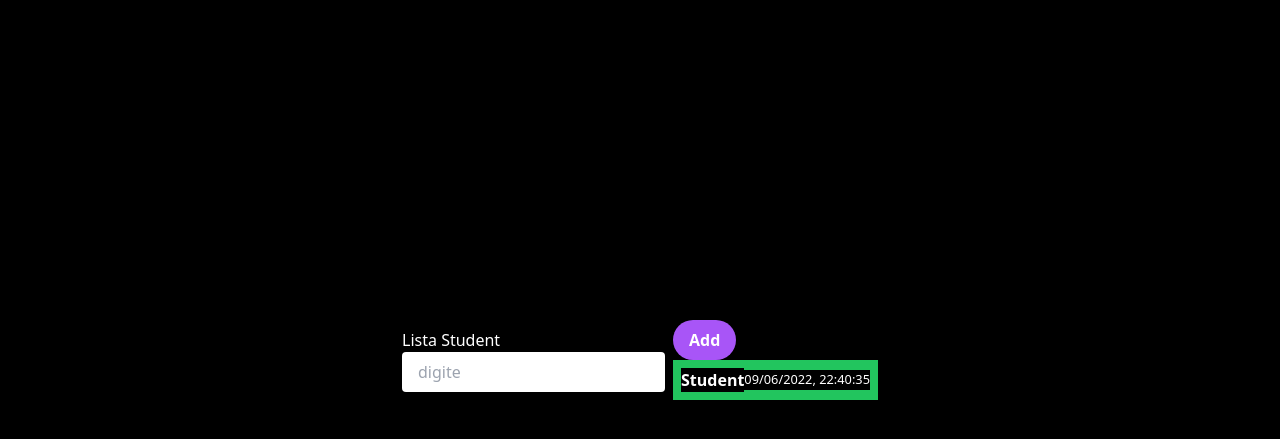
Repository: LuisSempre/FundamentosReact
Page: /, after clicking the first element matching `button.px-4`
These files come from the project's save history. The page is drawn as it stood at one moment and after the next save; the edit follows.
The browser window is 1280 px wide. The pictures show the whole page.
The project was rebuilt for these pictures with package versions that can differ from the ones it lists, and the page was loaded fresh each time. Also part of the build but not shown: vite.config.js.

Above is the page before, as saved 2022-06-28 18:21:49.

### src/main.jsx
import React from 'react'
import ReactDOM from 'react-dom/client'
import { Home } from './pages/Home'
import './index.css'

ReactDOM.createRoot(document.getElementById('root')).render(
  <React.StrictMode>
    <Home />
  </React.StrictMode>
)

### src/pages/Home.jsx
import { useState } from "react";
import { Card } from "../components/Card";

export function Home() {
  const [student, setStudent] = useState("Student");
  const [students, setStudents] = useState([]);

  function studentAdd() {
    const newStudent = {
      name: student,
      time: new Date().toLocaleDateString("pt-br", {
        hour: "2-digit",
        minute: "2-digit",
        second: "2-digit",
      }),
    };
    setStudents((prevState) => [...prevState, newStudent]);
  }
  return (
    <div className="flex items-center justify-center min-h-screen space-x-2">
      <div>
        <h1>Lista {student} </h1>

        <input
          onChange={(e) => setStudent(e.target.value)}
          className="px-4 py-2 text-black bg-white rounded"
          type="text"
          placeholder="digite"
        />
      </div>
      <div>
        <button
        className="px-4 py-2 font-bold bg-purple-500 rounded-full"
        onClick={studentAdd}>Add</button>
        {students.map((student) => (
          <Card name={student.name} time={student.time} />
        ))}
      </div>
    </div>
  );
}

### src/index.css
@tailwind base;
@tailwind components;
@tailwind utilities;

* {
    @apply bg-black text-white;
}

### src/components/Card.jsx
export function Card(props) {
  return (
    <div className="flex items-center justify-between px-2 py-2 bg-green-500">
      <strong>{props.name}</strong>
      <small>{props.time}</small>
    </div>
  );
}

Loaded but not shown: index.html (common file); tailwind.config.js (common file)

After the next save:
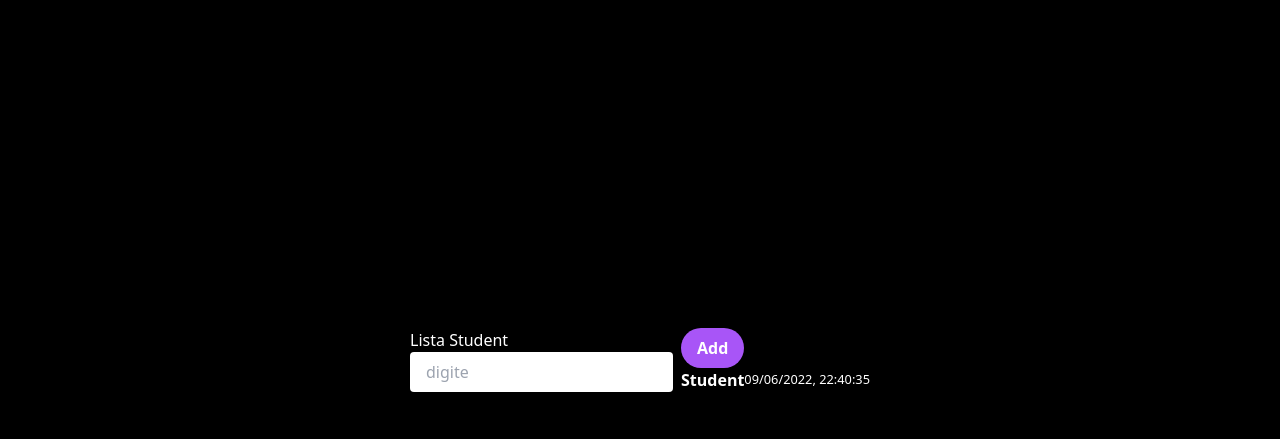
Saved 20 s later.
--- a/src/components/Card.jsx
+++ b/src/components/Card.jsx
@@ -1,6 +1,6 @@
 export function Card(props) {
   return (
-    <div className="flex items-center justify-between px-2 py-2 bg-green-500">
+    <div className="flex items-center justify-between">
       <strong>{props.name}</strong>
       <small>{props.time}</small>
     </div>
